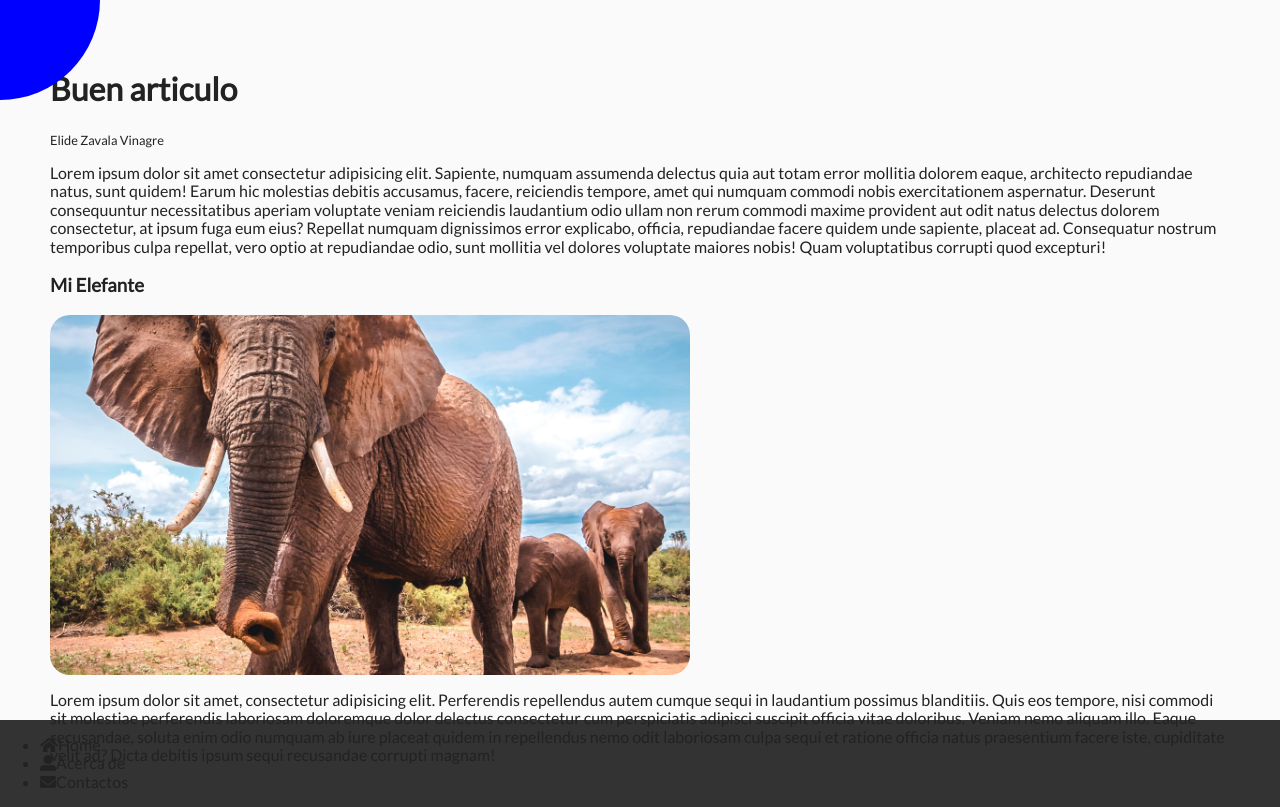
Repository: ElideZavala/Navagacion-en-rotacion
Page: index.html
The author's editor kept a copy of each file at every save. The page is drawn from the files as they stood at one save, then again after the next save.
The browser window is 1280 px wide. The pictures show the whole page.

Above is the page before, as saved 2021-05-29 09:13:20.

### index.html
<!DOCTYPE html>
<html lang="en">
<head>
	<meta charset="UTF-8">
	<meta http-equiv="X-UA-Compatible" content="IE=edge">
	<meta name="viewport" content="width=device-width, initial-scale=1.0">
	<link rel="stylesheet" href="https://cdnjs.cloudflare.com/ajax/libs/font-awesome/5.15.3/css/all.min.css" integrity="sha512-iBBXm8fW90+nuLcSKlbmrPcLa0OT92xO1BIsZ+ywDWZCvqsWgccV3gFoRBv0z+8dLJgyAHIhR35VZc2oM/gI1w==" crossorigin="anonymous" referrerpolicy="no-referrer" />
	<link rel="stylesheet" href="style.css">
	<link rel="stylesheet" href="normalize.css">
	<title>Navegación Giratoria</title>
</head>
<body>
	<div class="container">
		<div class="circle-container">
			<div class="circle">
				<button id="close">
					<i class="fas fa-times"></i>
				</button>
				<button id="open">
					<i class="fas fa-bars"></i>
				</button>
			</div>
		</div>

		<div class="content">
			<h1 class="title">Buen articulo</h1>
			<small>Elide Zavala Vinagre</small>
			<p>Lorem ipsum dolor sit amet consectetur adipisicing elit. Sapiente, numquam assumenda delectus quia aut totam error mollitia dolorem eaque, architecto repudiandae natus, sunt quidem! Earum hic molestias debitis accusamus, facere, reiciendis tempore, amet qui numquam commodi nobis exercitationem aspernatur. Deserunt consequuntur necessitatibus aperiam voluptate veniam reiciendis laudantium odio ullam non rerum commodi maxime provident aut odit natus delectus dolorem consectetur, at ipsum fuga eum eius? Repellat numquam dignissimos error explicabo, officia, repudiandae facere quidem unde sapiente, placeat ad. Consequatur nostrum temporibus culpa repellat, vero optio at repudiandae odio, sunt mollitia vel dolores voluptate maiores nobis! Quam voluptatibus corrupti quod excepturi!</p>

			<h3 class="title">Mi Elefante</h3>
			<img class="img" src="./Elefante.jpg" alt="Elefante">
			<p>Lorem ipsum dolor sit amet, consectetur adipisicing elit. Perferendis repellendus autem cumque sequi in laudantium possimus blanditiis. Quis eos tempore, nisi commodi sit molestiae perferendis laboriosam doloremque dolor delectus consectetur cum perspiciatis adipisci suscipit officia vitae doloribus. Veniam nemo aliquam illo. Eaque recusandae, soluta enim odio numquam ab iure placeat quidem in repellendus nemo odit laboriosam culpa sequi et ratione officia natus praesentium facere iste, cupiditate velit ad? Dicta debitis ipsum sequi recusandae corrupti magnam!</p>
		</div>
	</div>

	<nav>
		<ul>
			<li><i class="fas fa-home"></i>Home</li>
			<li><i class="fas fa-user-alt"></i>Acerca de</li>
			<li><i class="fas fa-envelope"></i>Contactos</li>
		</ul>
	</nav>



	<script src="./script.js"></script>
</body>
</html>

### style.css
@import url('https://fonts.googleapis.com/css?family=Lato&display=swap');

* {
	box-sizing: border-box;
}

body {
	font-family: 'Lato', sans-serif;
	background-color: #333;
	color: #222;
	overflow: hidden;
	margin: 0;
}

.container {
	background-color: #fafafa;
	transform-origin: top left;
	transition: transform 0.5s linear;
	width: 100vw;
	height: 100vh;
	padding: 50px;
}

.container.show-nav {
	transform: rotate(-20deg);
}

.img{
	width: 50vw;
	height: 50vh;
	display: flex;
	border-radius: 20px;
	object-fit: cover;
}

.circle-container {
	position: fixed;
	top: -100px;
	left: -100px;
}

.circle {
	background-color: blue;
	height: 200px;
	width: 200px;
	border-radius: 50%;
	position: relative;
	transition: transform 0.5s linear;
}

.circle button {

}

Loaded but not shown: normalize.css (library); script.js (no stored copy; drawn as an empty file)

After the next save:
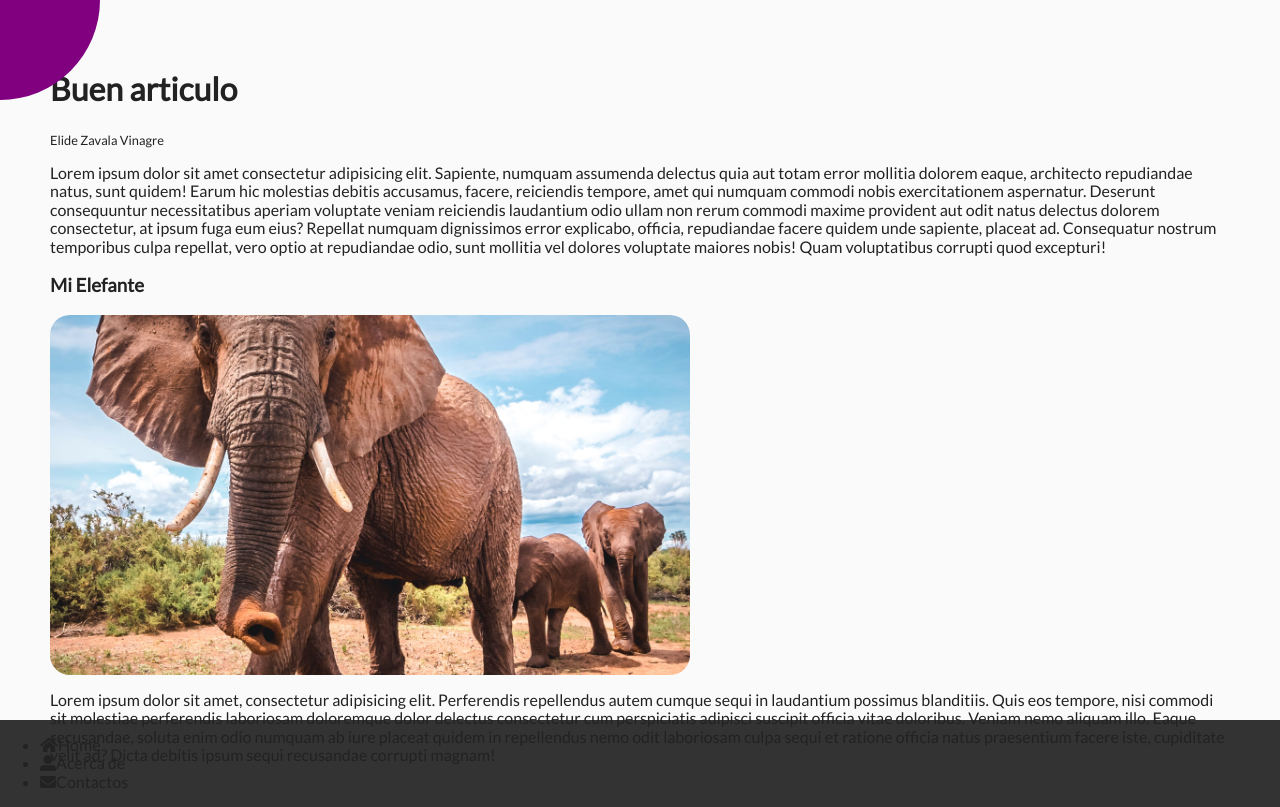
Saved 6 s later.
--- a/style.css
+++ b/style.css
@@ -40,7 +40,7 @@ body {
 }
 
 .circle {
-	background-color: blue;
+	background-color: purple;
 	height: 200px;
 	width: 200px;
 	border-radius: 50%;
